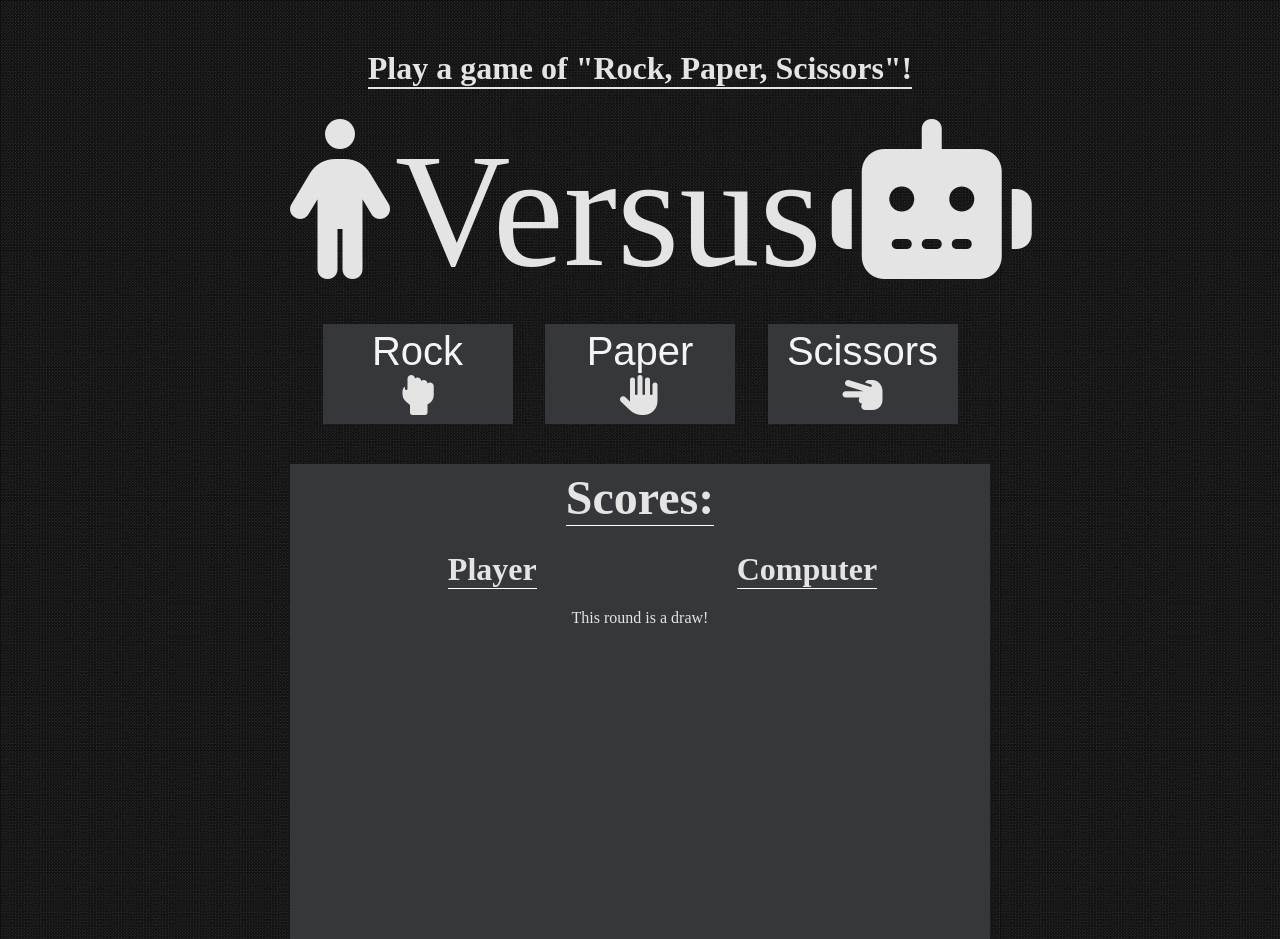
Repository: Pafestivo/rock-paper-scissors
Page: index.html
The author's editor kept a copy of each file at every save. The page is drawn from the files as they stood at one save, then again after the next save.
The browser window is 1280 px wide. The pictures show the whole page.
After loading, the first visible `#rock` was clicked once.
Some web libraries are served in a nearby version.

Above is the page before, as saved 2022-10-14 17:42:32.

After the next save:
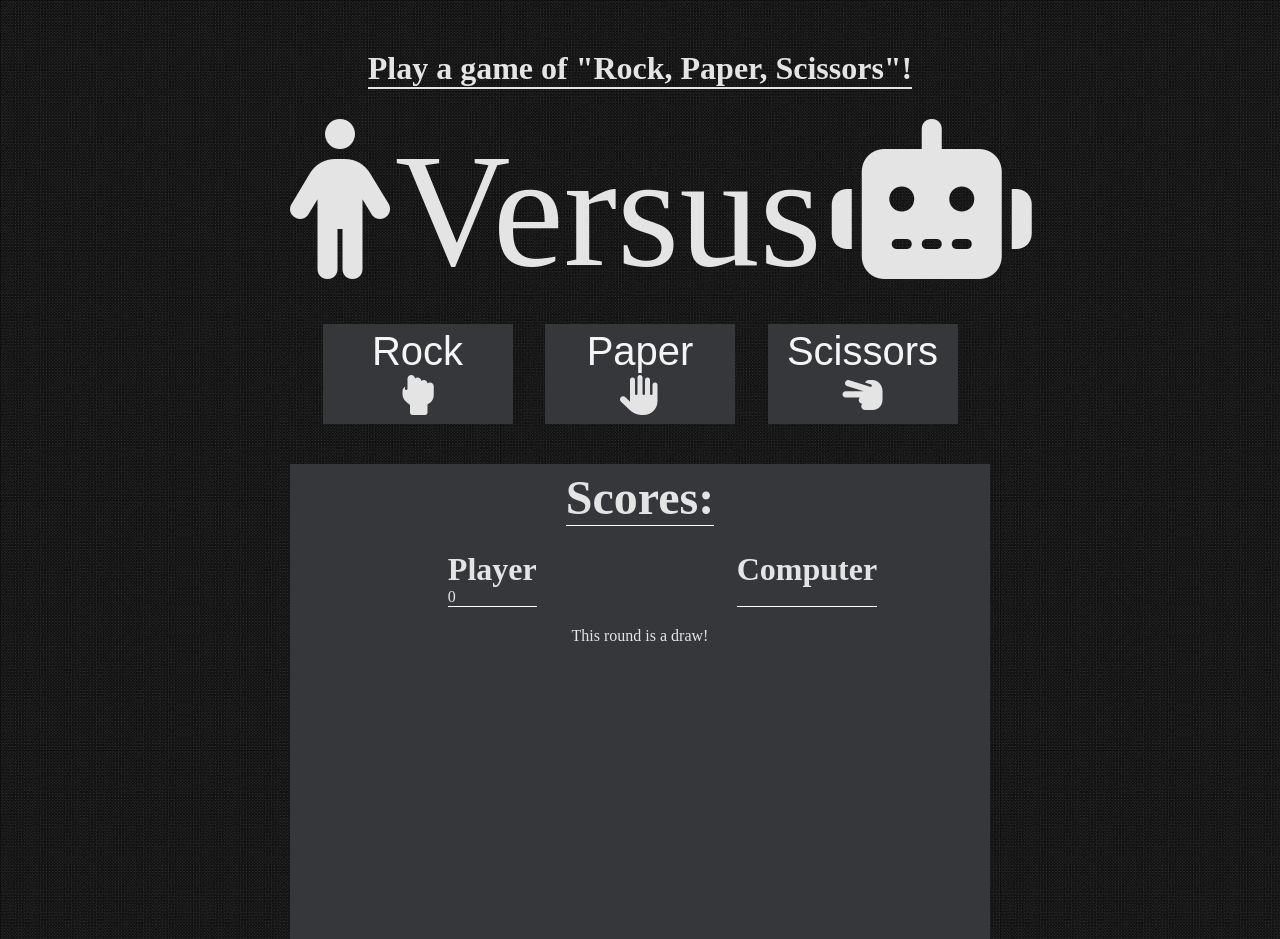
Saved 39 s later.
--- a/js-file.js
+++ b/js-file.js
@@ -18,8 +18,6 @@ function playRound(playerSelection, computerSelection) {
     ) {
     log = "You lost this round!"
     computerScore++
-    playerPoints.textContent = playerScore;
-    playerColumn.appendChild(playerPoints);
   }
   else if (
     (playerSelection === "Paper" && computerSelection === "Rock") ||
@@ -35,6 +33,8 @@ function playRound(playerSelection, computerSelection) {
     log = "This round is a draw!"
   }
 
+  playerPoints.textContent = playerScore;
+  playerColumn.appendChild(playerPoints);
 
   //finish the game at 5 points
   if(playerScore === 5) {
